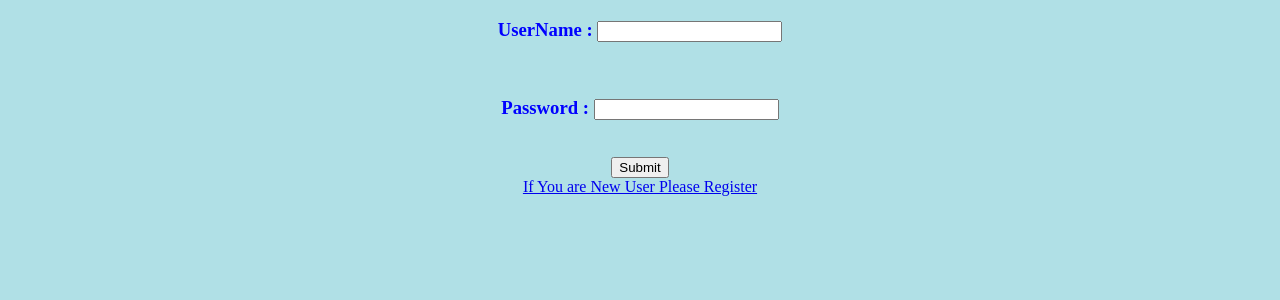
Repository: priyankamergu/MyAllProjects
Page: http://localhost/NewTrainingServlet/Login.jsp
The author's editor kept a copy of each file at every save. The page is drawn from the files as they stood at one save, then again after the next save.
The browser window is 1280 px wide. The pictures show the whole page.
The page is served by Tomcat 9. Other server files are loaded and not shown.

Above is the page before, as saved 2019-11-07 15:58:04.

### Workspace_JEE7_WEB/NewTrainingServlet/WebContent/Login.jsp
<%@ page language="java" contentType="text/html; charset=ISO-8859-1"
    pageEncoding="ISO-8859-1"%>
<!DOCTYPE html>
<html>
<head>
<meta charset="ISO-8859-1">
<title>Insert title here</title>
<style>
body {background-color: powderblue;}
h3   {color: blue;}
p    {color: red;}
</style>
</head>
<body>
<form action="LoginServlet">
<center>
<h3>UserName : <input type="text" name="uname"></h3><br>
<h3>Password : <input type="password" name="upwd"></h3><br>
<input type="submit" value="Submit"><br>
<a href="Registration.jsp">If You are New User Please Register</a>
</center>
</form>
</body>
</html>

After the next save:
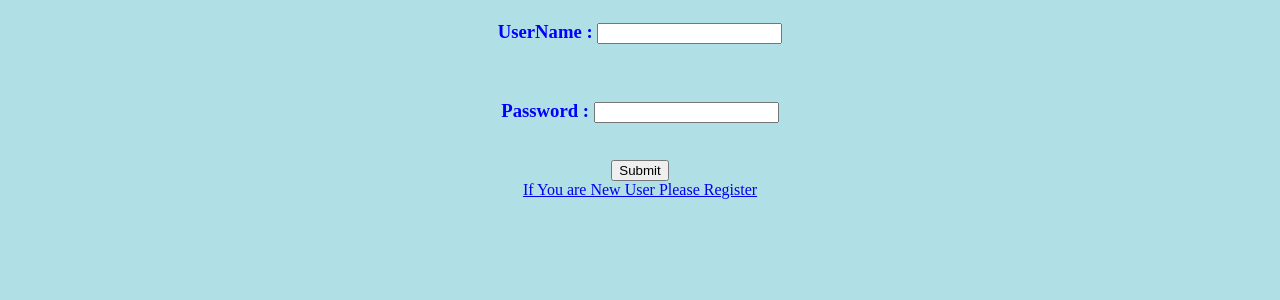
Saved 9 s later.
--- a/Workspace_JEE7_WEB/NewTrainingServlet/WebContent/Login.jsp
+++ b/Workspace_JEE7_WEB/NewTrainingServlet/WebContent/Login.jsp
@@ -13,7 +13,7 @@
 </head>
 <body>
 <form action="LoginServlet">
-<center>
+<center><h1></h1>
 <h3>UserName : <input type="text" name="uname"></h3><br>
 <h3>Password : <input type="password" name="upwd"></h3><br>
 <input type="submit" value="Submit"><br>

After the save that followed:
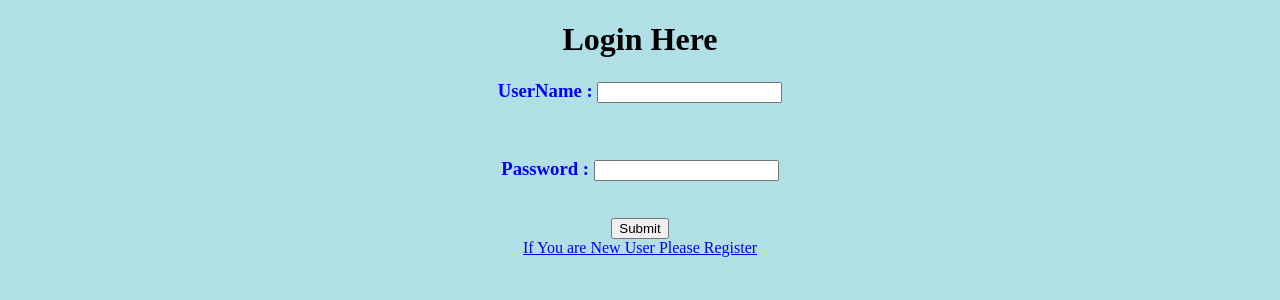
Saved 26 s later.
--- a/Workspace_JEE7_WEB/NewTrainingServlet/WebContent/Login.jsp
+++ b/Workspace_JEE7_WEB/NewTrainingServlet/WebContent/Login.jsp
@@ -13,7 +13,7 @@
 </head>
 <body>
 <form action="LoginServlet">
-<center><h1></h1>
+<center><h1>Login Here </h1>
 <h3>UserName : <input type="text" name="uname"></h3><br>
 <h3>Password : <input type="password" name="upwd"></h3><br>
 <input type="submit" value="Submit"><br>
